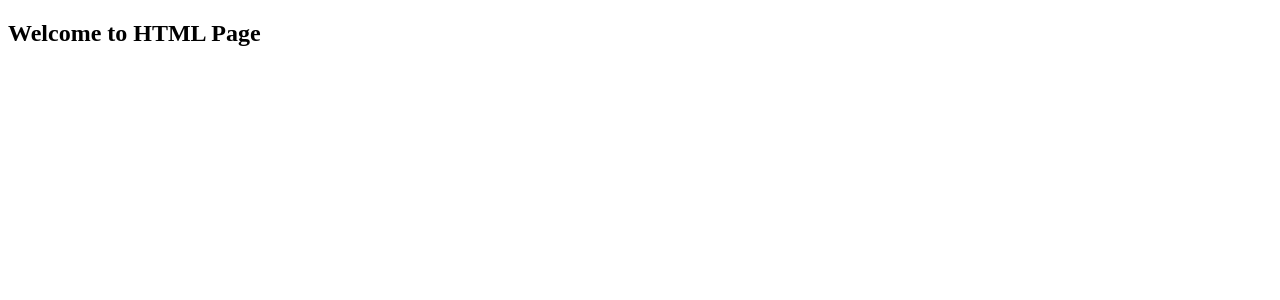
Repository: Kaleakash/onmobilebangalorejavafullstack
Page: http://localhost/JSPDemo/demo.jsp
These files come from the project's save history. The page is drawn as it stood at one moment and after the next save; the edit follows.
The browser window is 1280 px wide. The pictures show the whole page.
The page is served by Tomcat 9.

Above is the page before, as saved 2019-10-12 06:52:22.

After the next save:
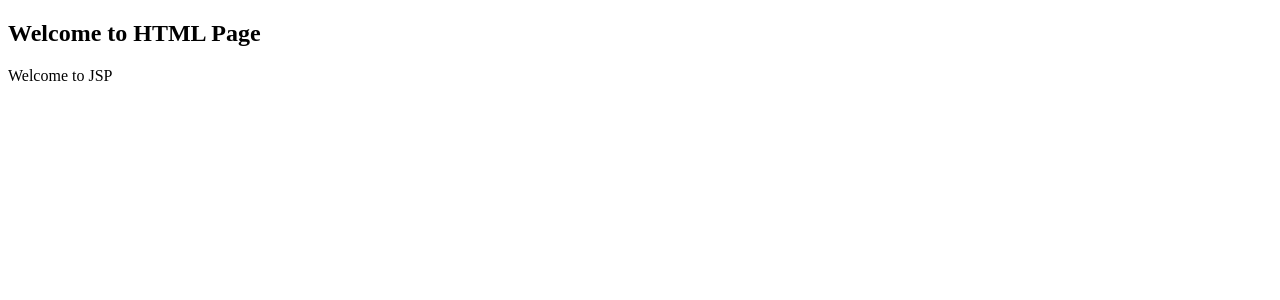
Saved 49 s later.
--- a/jee workspace/JSPDemo/WebContent/demo.jsp
+++ b/jee workspace/JSPDemo/WebContent/demo.jsp
@@ -9,7 +9,7 @@
 <body>
 <h2>Welcome to HTML Page</h2>
 <%
-
+out.println("Welcome to JSP");
 %>
 </body>
 </html>
